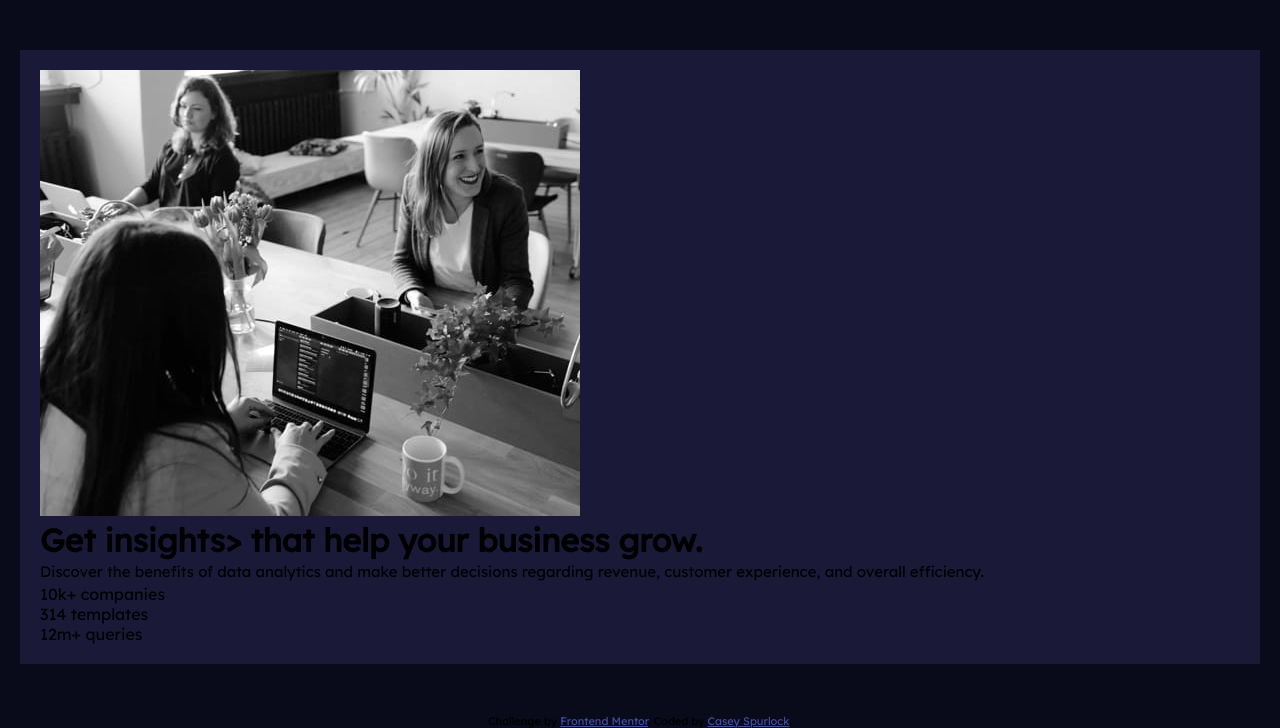
Repository: CaseySpurlock/stats-prewiew-component
Page: index.html
These files come from the project's save history. The page is drawn as it stood at one moment and after the next save; the edit follows.
The browser window is 1280 px wide. The pictures show the whole page.

Above is the page before, as saved 2021-06-22 01:00:05.

### index.html
<!DOCTYPE html>
<html lang="en">
<head>
  <meta charset="UTF-8">
  <meta name="viewport" content="width=device-width, initial-scale=1.0"> <!-- displays site properly based on user's device -->

  <link rel="icon" type="image/png" sizes="32x32" href="./images/favicon-32x32.png">

  <title>Frontend Mentor | Stats preview card component</title>

  <link rel="stylesheet" href="styles.css">
  <link rel="preconnect" href="https://fonts.googleapis.com">
  <link rel="preconnect" href="https://fonts.gstatic.com" crossorigin>
  <link href="https://fonts.googleapis.com/css2?family=Inter:wght@400;700&family=Lexend+Deca&display=swap" rel="stylesheet">

</head>

<body>

  <div class="container">
    <div class="card">
      <picture>
        <source media="(min-width: 768px)" srcset="images/image-header-desktop.jpg">
        <img src="images/image-header-mobile.jpg" alt="">
      </picture>
    </div>
      <div class="card">
        <h1>Get insights> that help your business grow.</h1>
      <p>Discover the benefits of data analytics and make better decisions regarding revenue, customer
        experience, and overall efficiency.</p>
        <ul>
          <li>10k+ companies</li>
          <li>314 templates</li>
          <li>12m+ queries</li>
        </ul>
      </div>
      </div>








  <div class="attribution">
    Challenge by <a href="https://www.frontendmentor.io?ref=challenge" target="_blank">Frontend Mentor</a>.
    Coded by <a href="#">Casey Spurlock</a>.
  </div>
</body>
</html>

### styles.css
:root {
    --Very-dark-blue: hsl(233, 47%, 7%);
    --Dark-desaturated-blue: hsl(244, 38%, 16%);
    --Soft-violet: hsl(277, 64%, 61%);
    --White: hsl(0, 0%, 100%);
    --Slightly-transparent -white: hsla(0, 0%, 100%, 0.75);
    --Slightly-transparent-white: hsla(0, 0%, 100%, 0.6);
}

* {
    margin: 0;
    padding: 0;
    box-sizing: border-box;
}

img {
    max-width: 100%;
}

ul {
    list-style-type: none;
}

body {
    font-family: "lexend deca", sans-serif;
    background-color: var(--Very-dark-blue);
}

p {
    font-size: 15px;
    line-height: 1.6;
}

.container {
    background-color: var(--Dark-desaturated-blue);
    margin: 50px 20px;
    padding: 20px;
}

.attribution {
    font-size: 11px;
    text-align: center;
}
.attribution a {
    color: hsl(228, 45%, 44%);
}

After the next save:
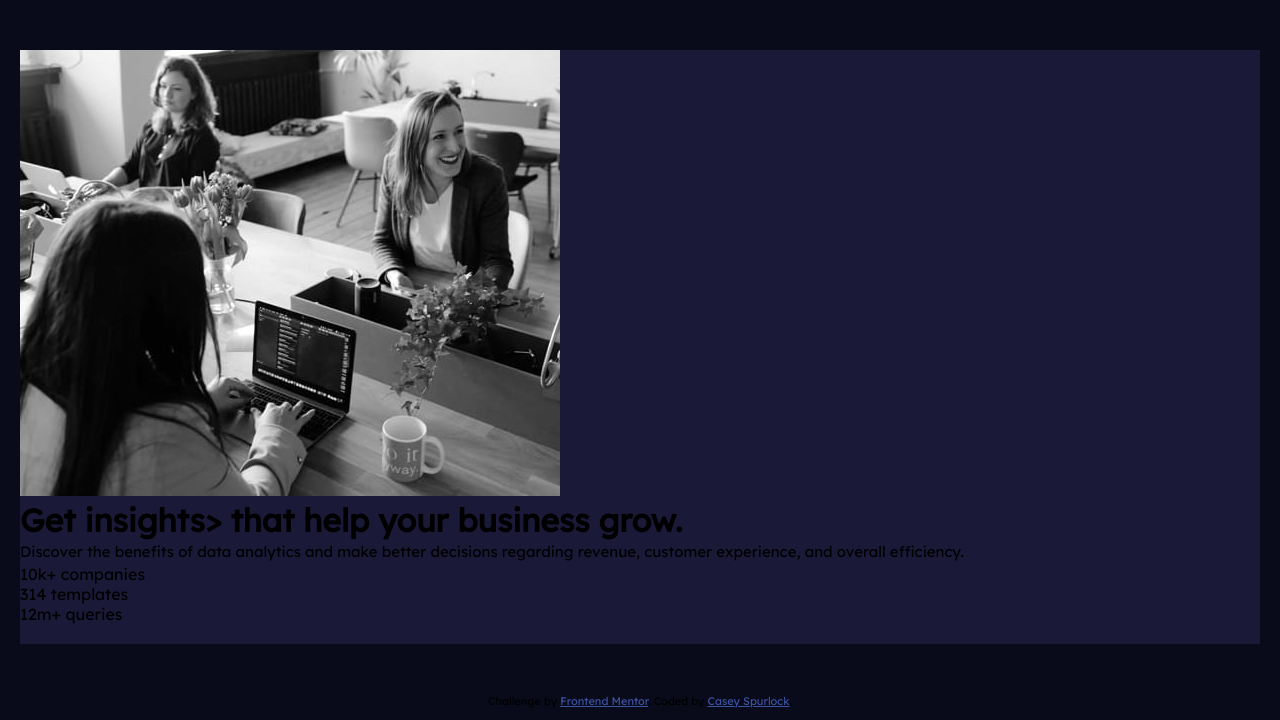
Saved 38 s later.
--- a/styles.css
+++ b/styles.css
@@ -34,7 +34,7 @@
 .container {
     background-color: var(--Dark-desaturated-blue);
     margin: 50px 20px;
-    padding: 20px;
+    padding: 0 0 20px;
 }
 
 .attribution {
